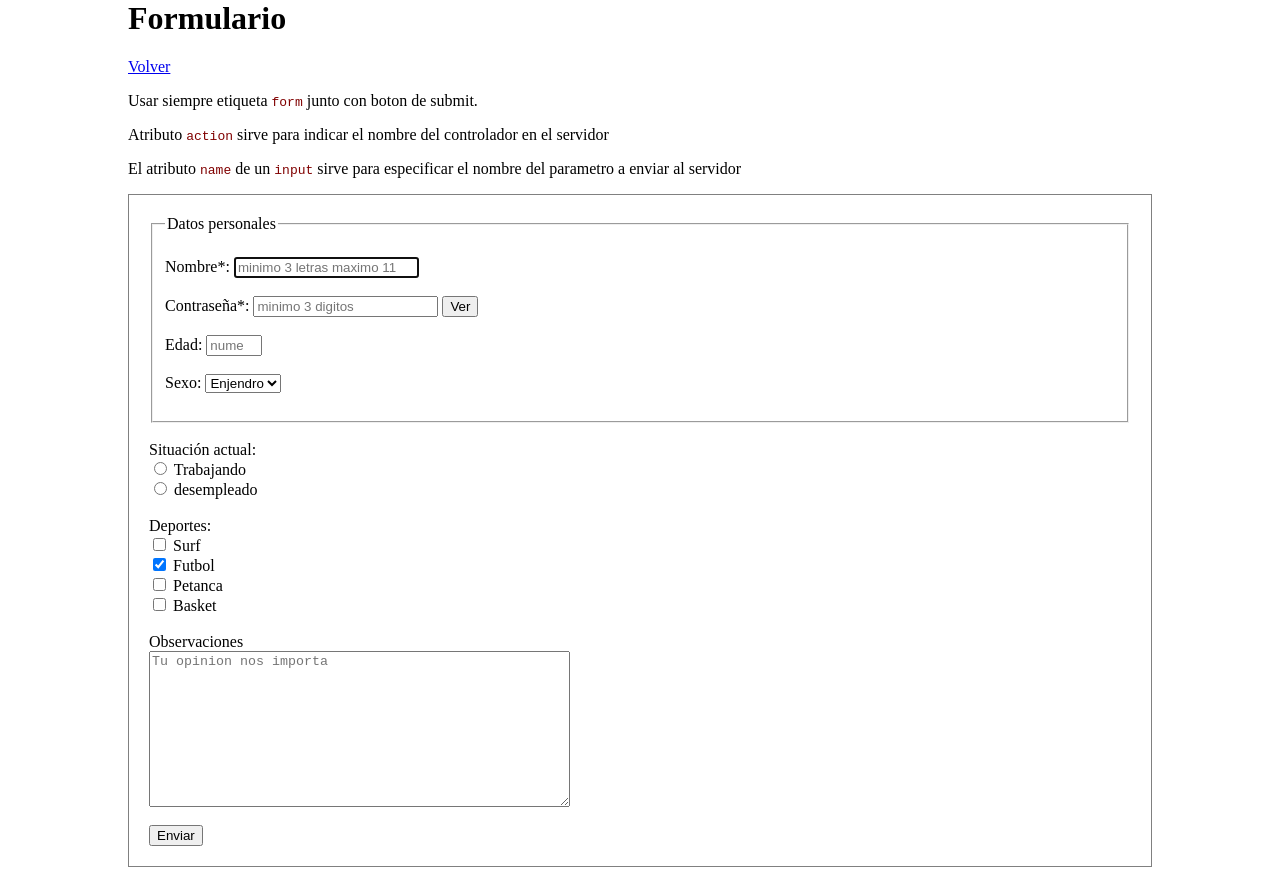
Repository: jcsanceledonio/java_2019_0396_2
Page: http://localhost/javaWebApp/ejemplos/html/formulario.jsp
These files come from the project's save history. The page is drawn as it stood at one moment and after the next save; the edit follows.
The browser window is 1280 px wide. The pictures show the whole page.
The page is served by Tomcat 9.

Above is the page before, as saved 2019-11-20 09:13:38.

After the next save:
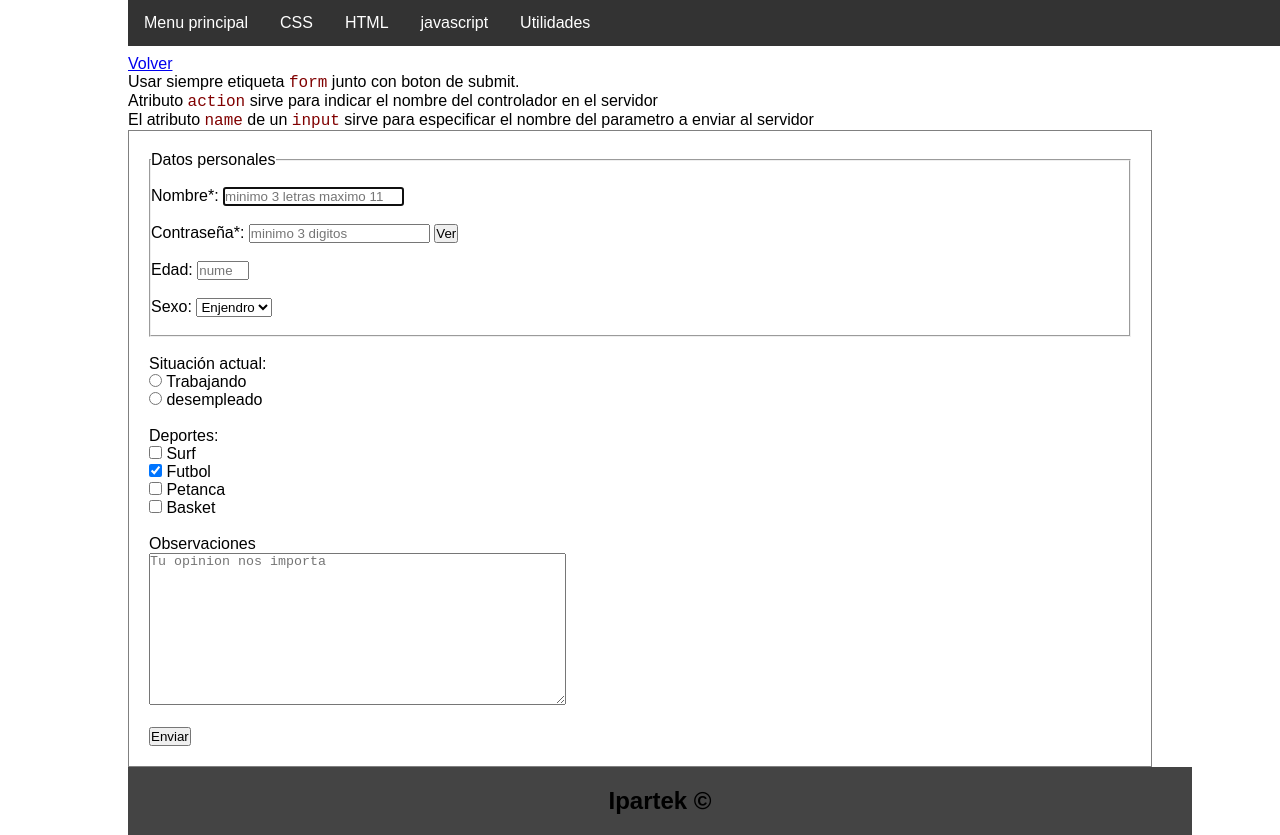
Saved 98 s later.
--- a/javaWebApp/src/main/webapp/ejemplos/html/formulario.jsp
+++ b/javaWebApp/src/main/webapp/ejemplos/html/formulario.jsp
@@ -1,3 +1,7 @@
+<%String titulo = "HelloWeb | formulario";%>
+
+<%@include file="/includes/header.jsp" %>
+<%@include file="/includes/navigation.jsp"%>
  <style>
         body {
             max-width: 1024px;
@@ -98,3 +102,5 @@
         <br><br>
         <input type="submit" value="Enviar">
     </form>
+
+ <%@include file="/includes/footer.jsp" %>
